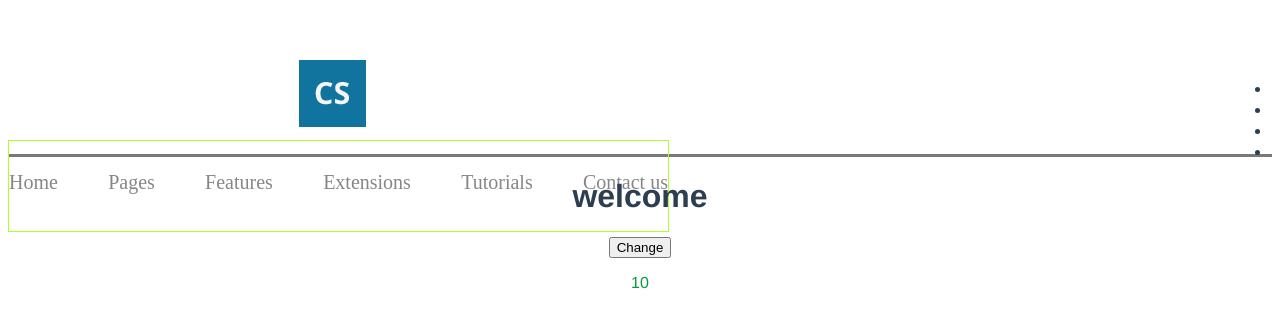
Repository: joker506/Creatives
Page: /
An editor plug-in stored every save of this project. The page is shown before and after the next save, followed by the edit.
The browser window is 1280 px wide. The pictures show the whole page.
The project was rebuilt for these pictures with package versions that can differ from the ones it lists, and the page was loaded fresh each time.

Above is the page before, as saved 2020-03-29 16:45:46.

After the next save:
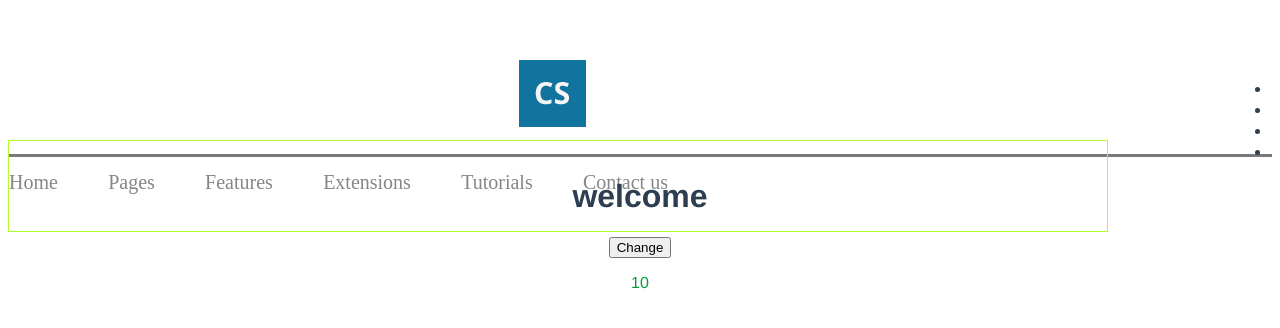
Saved 41 s later.
--- a/src/components/HeaderApp.vue
+++ b/src/components/HeaderApp.vue
@@ -67,6 +67,9 @@ export default {
     border-bottom: 3px solid #797979;
 
 }
+.wrapper{
+    width: 1100px;
+}
 .logo {
     list-style: none;
     cursor: pointer;
